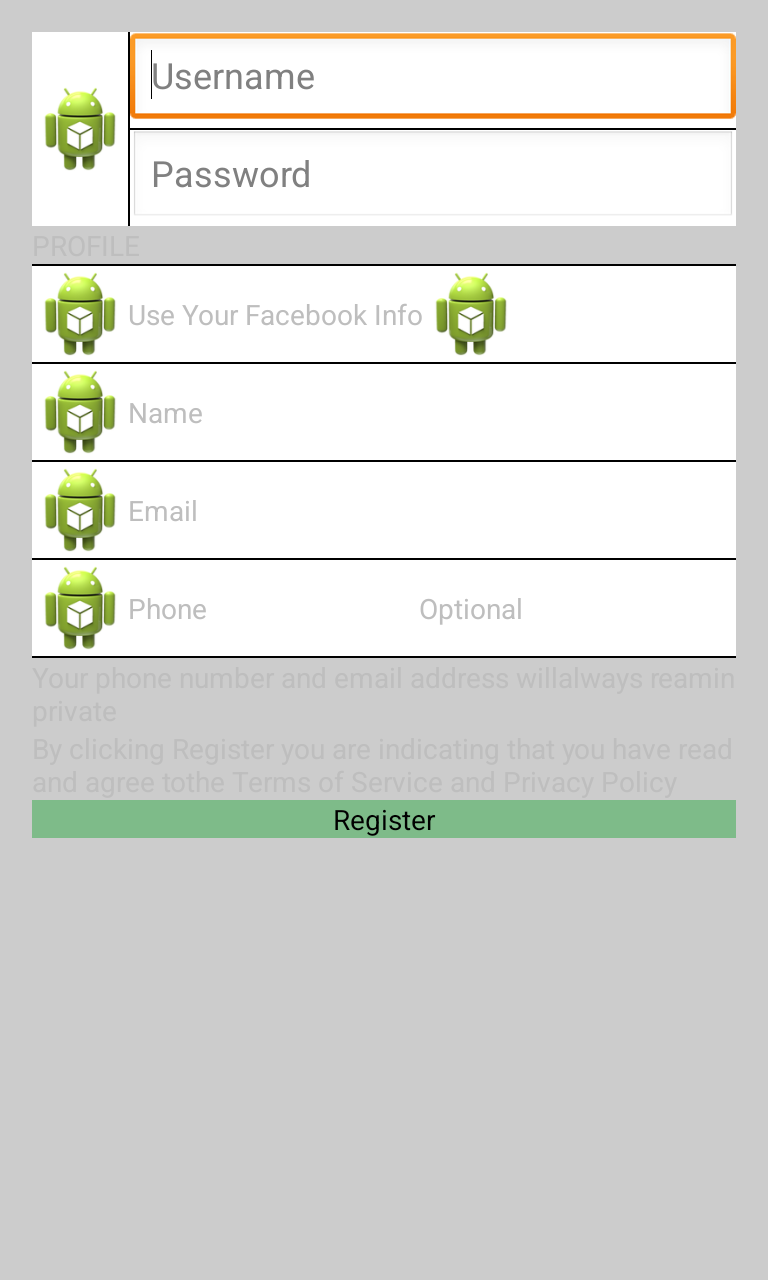
Repository: RibuRoyson/exercise
Layout: layout5/res/layout/activity_main.xml
The author's editor kept a copy of each file at every save. The layout is drawn from the files as they stood at one save, then again after the next save.
It is drawn on a 768 x 1280 px phone screen (xhdpi) without system bars, with theme android:Theme; the app's code is not run.

Above is the layout before, as saved 2015-02-18 08:45:32.

After the next save:
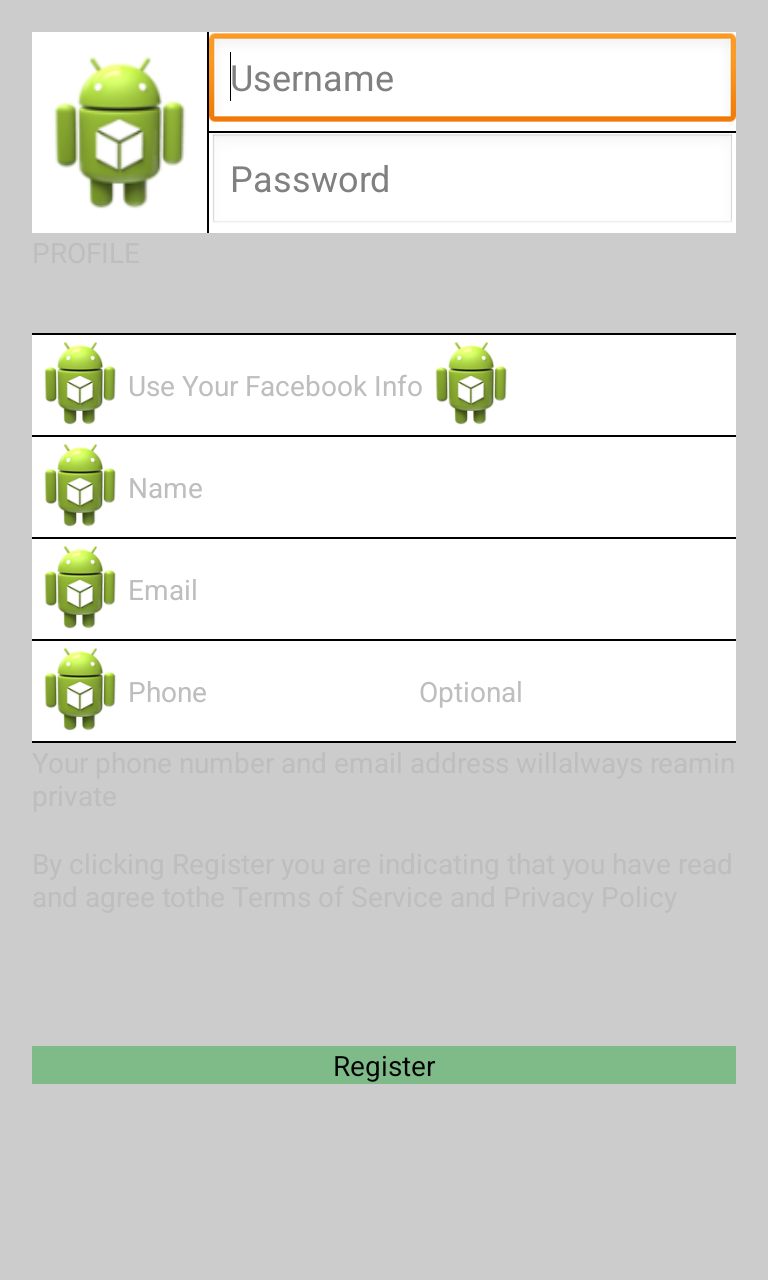
Saved 6 min 55 s later.
--- a/layout5/res/layout/activity_main.xml
+++ b/layout5/res/layout/activity_main.xml
@@ -11,7 +11,7 @@
 
     <LinearLayout
         android:layout_width="match_parent"
-        android:layout_height="wrap_content"
+        android:layout_height="match_parent"
         android:orientation="vertical"
         android:weightSum="6.0" >
 
@@ -21,12 +21,14 @@
             android:background="#ffffff"
             android:orientation="horizontal"
             android:layout_weight="1.0"
+            android:weightSum="1.0"
              >
 
             <ImageView
-                android:layout_width="wrap_content"
-                android:layout_height="match_parent"
-                android:src="@drawable/ic_launcher" />
+                android:layout_width="0dp"
+                android:layout_height="match_parent"
+                android:src="@drawable/ic_launcher"
+                android:layout_weight="0.25" />
 
             <View
                 android:layout_width="1dp"
@@ -34,15 +36,18 @@
                 android:background="#000000" />
 
             <LinearLayout
-                android:layout_width="match_parent"
-                android:layout_height="wrap_content"
-                android:orientation="vertical" >
+                android:layout_width="0dp"
+                android:layout_height="match_parent"
+                android:orientation="vertical"
+                android:layout_weight="0.75"
+                android:weightSum="1.0" >
 
                 <EditText
                     android:id="@+id/editText1"
                     android:layout_width="match_parent"
-                    android:layout_height="wrap_content"
-                    android:hint="Username" >
+                    android:layout_height="0dp"
+                    android:hint="Username"
+                    android:layout_weight="0.5" >
 
                     <requestFocus />
                 </EditText>
@@ -55,7 +60,8 @@
                 <EditText
                     android:id="@+id/editText2"
                     android:layout_width="match_parent"
-                    android:layout_height="wrap_content"
+                    android:layout_height="0dp"
+                    android:layout_weight="0.5"
                     android:hint="Password" >
                 </EditText>
             </LinearLayout>
@@ -194,13 +200,22 @@
             android:layout_height="0dp"
             android:text="By clicking Register you are indicating that you have read and agree tothe Terms of Service and Privacy Policy"
             android:layout_weight="1.0"/>
-
-        <Button
-            android:layout_width="match_parent"
-            android:layout_height="0dp"
+<LinearLayout
+    android:layout_width="match_parent"
+    android:layout_height="0dp"
+    android:layout_weight="1.0"
+    android:orientation="horizontal"
+
+    >
+     <Button
+            android:layout_width="match_parent"
+            android:layout_height="wrap_content"
             android:background="#7EBB89"
             android:text="Register"
-            android:layout_weight="1.0"/>
+            />
+
+</LinearLayout>
+
     </LinearLayout>
 
 </RelativeLayout>
